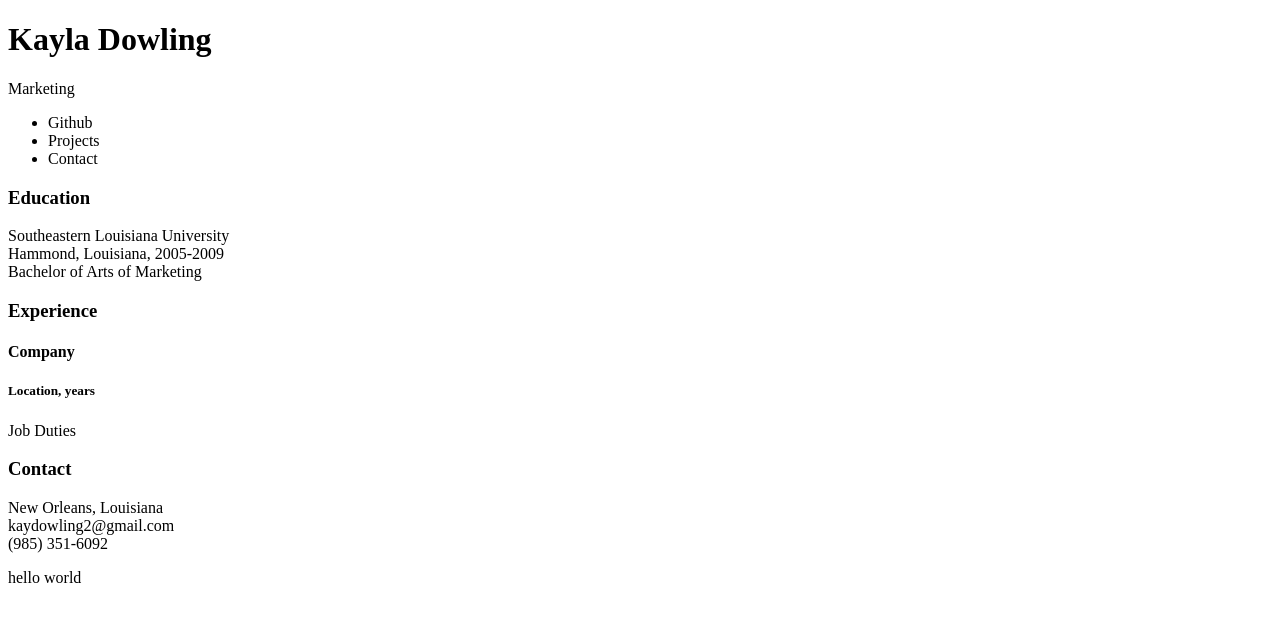
Repository: kayladowling/jekyll_website
Page: index.html
The author's editor kept a record of every edit. The page is drawn from the files as they stood at one moment, then again after the next edit.
The browser window is 1280 px wide. The pictures show the whole page.

Above is the page before.

After the next edit:
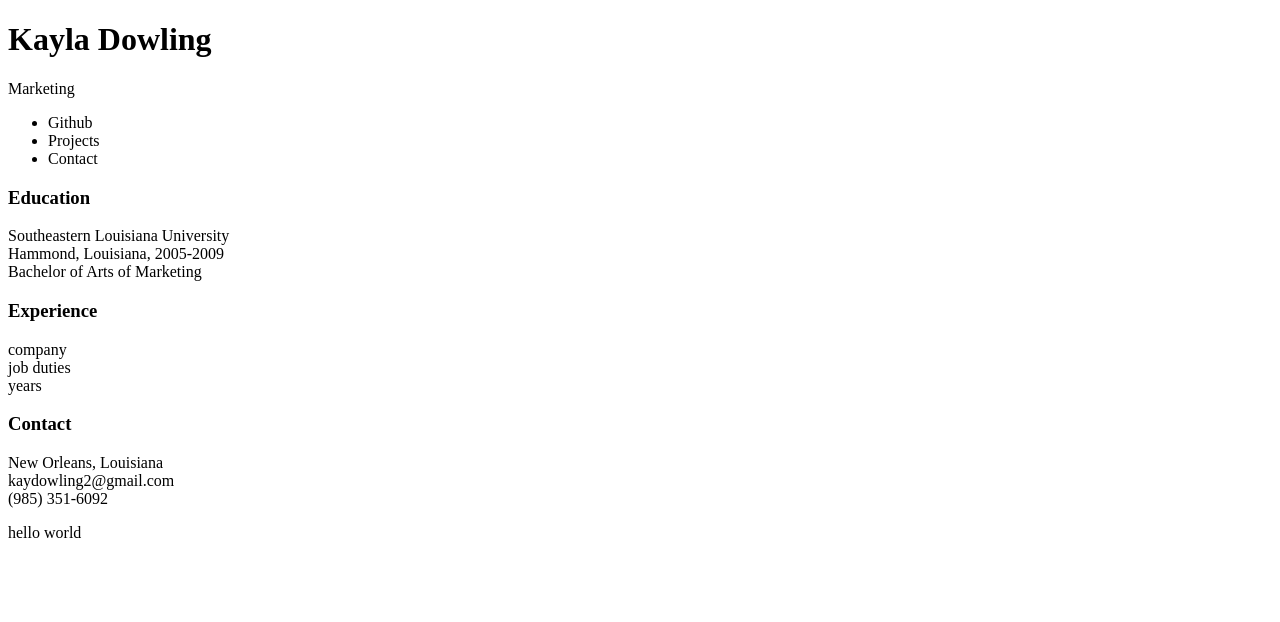
The edit:
--- a/index.html
+++ b/index.html
@@ -14,9 +14,9 @@
   Hammond, Louisiana, 2005-2009 </br>
  Bachelor of Arts of Marketing </p>
   <h3>Experience</h3>
-  <h4>Company</h4>
-  <h5>Location, years</h5>
-  <p>Job Duties</p>
+  <p>company </br>
+  job duties </br>
+  years</p>
   <h3>Contact</h3>
  <P>New Orleans, Louisiana <br>
  kaydowling2@gmail.com <br>
